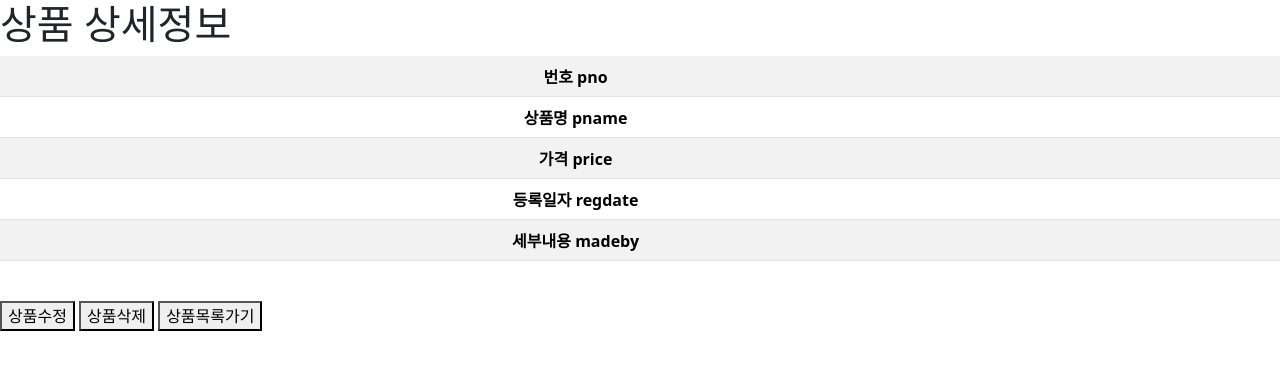
Repository: sujeong1799/JSP
Page: http://localhost/jsp_study/detail.jsp
The author's editor kept a copy of each file at every save. The page is drawn from the files as they stood at one save, then again after the next save.
The browser window is 1280 px wide. The pictures show the whole page.
The page is served by Tomcat 9. The template is opened directly, without the code that normally fills it, so the values that code supplies are empty.

Above is the page before, as saved 2023-05-11 08:36:59.

After the next save:
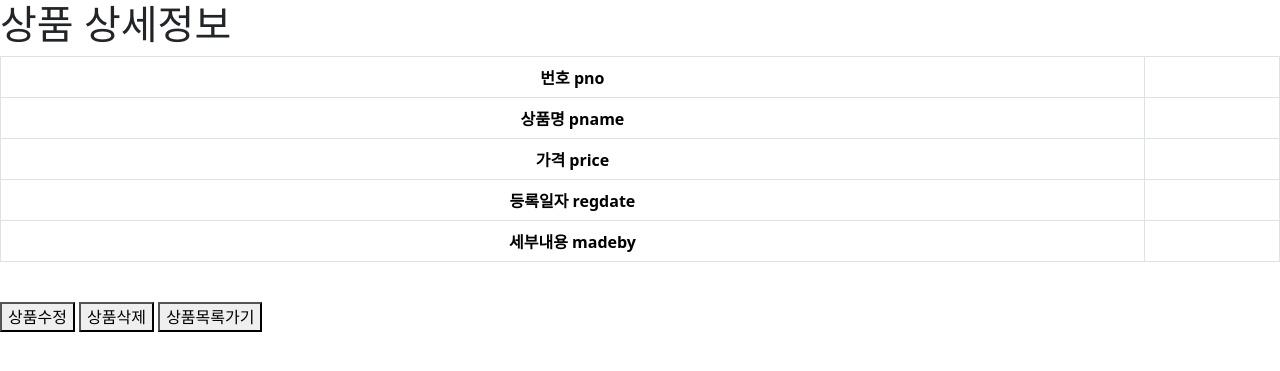
Saved 53 s later.
--- a/jsp_project1/jsp_study/src/main/webapp/detail.jsp
+++ b/jsp_project1/jsp_study/src/main/webapp/detail.jsp
@@ -9,7 +9,7 @@
 </head>
 <body>
 	<h1>상품 상세정보</h1>
-	<table class="table table-striped">
+	<table class="table table-bordered">
 		<tr align="center">
 			<th>번호 pno</th>
 			<td>${pvo.pno }</td>
